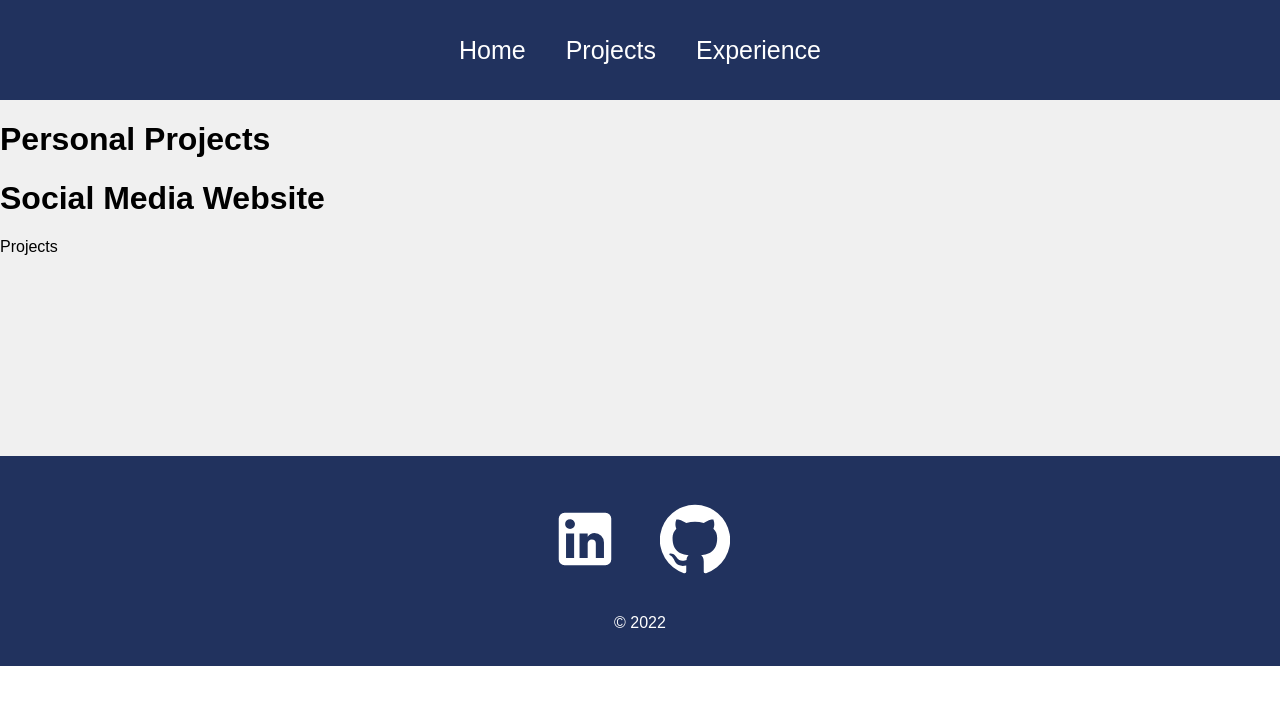
Repository: mireu-san/jw-personal-page
Page: /projects
These files come from the project's save history. The page is drawn as it stood at one moment and after the next save; the edit follows.
The browser window is 1280 px wide. The pictures show the whole page.
The project was rebuilt for these pictures with package versions that can differ from the ones it lists, and the page was loaded fresh each time. Also part of the build but not shown: src/styles/Home.css, src/pages/Home.js, src/pages/Experience.js.

Above is the page before, as saved 2022-11-09 17:50:16.

After the next save:
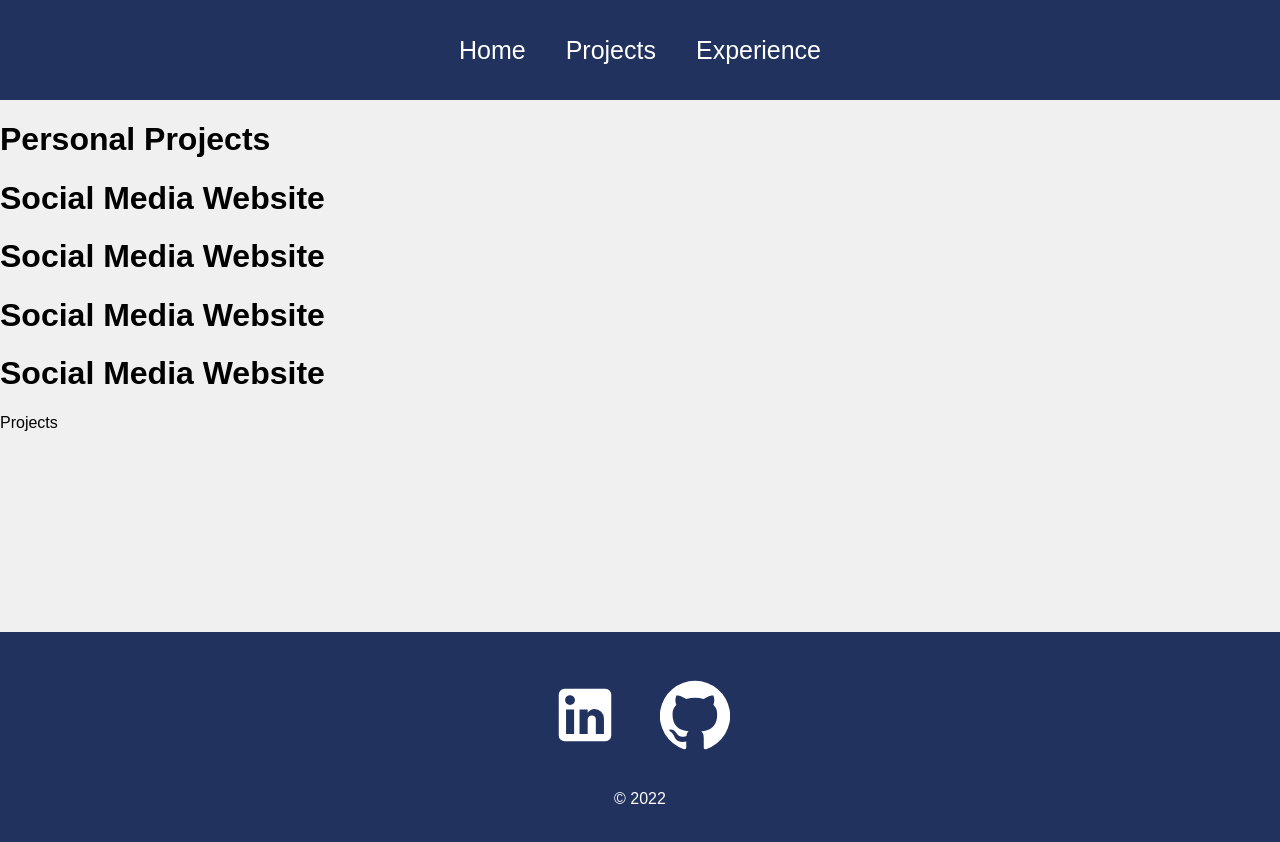
Saved 19 s later.
--- a/src/pages/Projects.js
+++ b/src/pages/Projects.js
@@ -1,6 +1,9 @@
 import React from "react";
 import ProjectItem from "../components/ProjectItem";
 import Picture1 from "../assets/picture1.jpg";
+import Picture2 from "../assets/picture2.jpg";
+import Picture3 from "../assets/picture3.jpg";
+import Picture4 from "../assets/picture4.jpg";
 
 function Projects() {
   return (
@@ -8,6 +11,9 @@ function Projects() {
       <h1>Personal Projects</h1>
       <div className="projectList">
         <ProjectItem name="Social Media Website" image={Picture1} />
+        <ProjectItem name="Social Media Website" image={Picture2} />
+        <ProjectItem name="Social Media Website" image={Picture3} />
+        <ProjectItem name="Social Media Website" image={Picture4} />
       </div>
       Projects
     </div>
